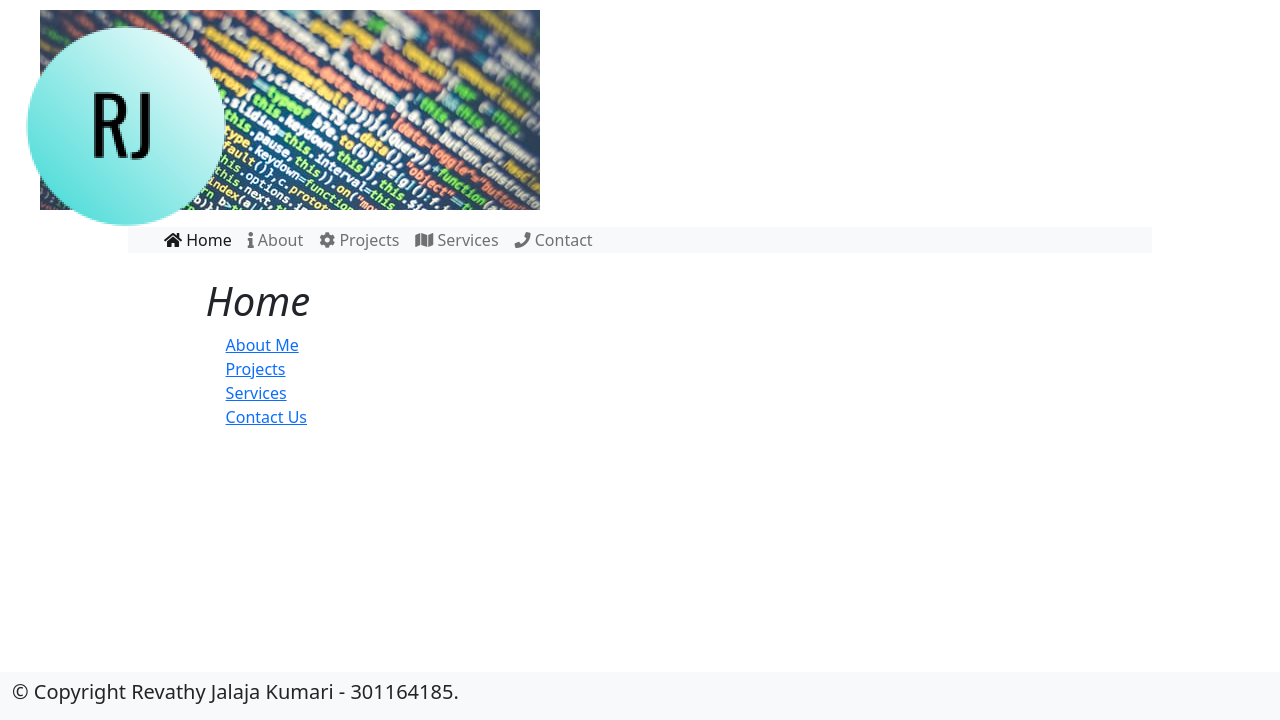
Repository: RevathyJK/Portfolio
Page: http://localhost/
These files come from the project's save history. The page is drawn as it stood at one moment and after the next save; the edit follows.
The browser window is 1280 px wide. The pictures show the whole page.
The page is served by the project's Node server (server.js). Other server files are loaded and not shown.

Above is the page before, as saved 2021-10-01 12:33:02.

### Server/Views/index.ejs
<!DOCTYPE html>
<html lang="en">
<head>
    <meta charset="UTF-8">
    <meta http-equiv="X-UA-Compatible" content="IE=edge">
    <meta name="viewport" content="width=device-width, initial-scale=1.0">
    <title><%= title %></title>
    <!-- CSS Section -->
    <link rel="stylesheet" href="./Content/app.css">
    <link rel="stylesheet" href="./bootstrap/dist/css/bootstrap.min.css">
    <link rel="stylesheet" href="./@fortawesome/fontawesome-free/css/all.min.css">
</head>
<body>
    <!-- Main Navigation Section -->
    <header>
      <%- include('components/header.ejs'); %>
    </header>


    <!-- Content Section -->
    <main>
      <div class="container">
        <%- include('content/' + page + '.ejs'); %>
      </div>
    </main>

    <footer>
    <%- include('components/footer.ejs'); %>
    </footer>

    <!-- JavaScript Section -->
    <script src="./jquery/dist/jquery.min.js"></script>
    <script src="./bootstrap/dist/js/bootstrap.min.js"></script>
    <script src="./@fortawesome/fontawesome-free/js/all.min.js"></script>

    <script src="./Scripts/app.js"></script>
</body>
</html>

### Server/Views/components/header.ejs

<table>
<tr>
  <td><img src="logo.png"></td>
  <td><div  class="header-img"></div></td>
</tr>
</table>


<div id="allPage">

<nav class="navbar navbar-expand-lg navbar-light bg-light">
  <div class="container-fluid">
    <a class="navbar-brand"></a>
    <button class="navbar-toggler" type="button" data-bs-toggle="collapse" data-bs-target="#navbarSupportedContent" aria-controls="navbarSupportedContent" aria-expanded="false" aria-label="Toggle navigation">
      <span class="navbar-toggler-icon"></span>
    </button>
    <div class="collapse navbar-collapse" id="navbarSupportedContent" >
      <ul class="navbar-nav ms-auto mb-2 mb-lg-0">
        <li class="nav-item">
          <a class="nav-link active" href="/home"><i class="fas fa-home"></i> Home</a>
        </li>
        <li class="nav-item">
          <a class="nav-link" href="/about"><i class="fas fa-info"></i> About</a>
        </li>
        <li class="nav-item">
          <a class="nav-link" href="/projects"><i class="fas fa-cog"></i> Projects</a>
        </li>
        <li class="nav-item">
          <a class="nav-link" href="/services"><i class="fas fa-map"></i> Services</a>
        </li>

        <li class="nav-item">
          <a class="nav-link" href="/contact"><i class="fas fa-phone"></i> Contact</a>
        </li>
      </ul>
    </div>
  </div>
</nav>
<br>

</div>

### Server/Views/content/home.ejs
<div id ="allPage">

<div class="container">
        <h1><em><%= title %></em></h1>

</div>

<div>
  <nav>
	  <ul>
		  <li><a href="about">About Me</a></li>
		  <li><a href="projects">Projects</a></li>
		  <li><a href="home">Services </a></li>
                <li><a href="contact">Contact Us</a></li>

  	</ul>
	</nav>
</div>

</div>

### Server/Views/components/footer.ejs
<div id ="allPage">
<nav class="navbar fixed-bottom navbar-light bg-light">
    <div class="container-fluid">
        <h5>&copy; Copyright Revathy Jalaja Kumari - 301164185.</h5>
    </div>
</nav>
</div>

### server.js
#!/usr/bin/env node
"use strict";
/**
 * Module dependencies.
 */
var __importDefault = (this && this.__importDefault) || function (mod) {
    return (mod && mod.__esModule) ? mod : { "default": mod };
};
Object.defineProperty(exports, "__esModule", { value: true });
const app_1 = __importDefault(require("./Server/Config/app"));
const debug_1 = __importDefault(require("debug"));
(0, debug_1.default)('comp229-f2021-lesson4:server');
const http_1 = __importDefault(require("http"));
/**
 * Get port from environment and store in Express.
 */
let port = normalizePort(process.env.PORT || '3000');
app_1.default.set('port', port);
/**
 * Create HTTP server.
 */
let server = http_1.default.createServer(app_1.default);
/**
 * Listen on provided port, on all network interfaces.
 */
server.listen(port);
server.on('error', onError);
server.on('listening', onListening);
/**
 * Normalize a port into a number, string, or false.
 */
function normalizePort(val) {
    let port = parseInt(val, 10);
    if (isNaN(port)) {
        // named pipe
        return val;
    }
    if (port >= 0) {
        // port number
        return port;
    }
    return false;
}
/**
 * Event listener for HTTP server "error" event.
 */
function onError(error) {
    if (error.syscall !== 'listen') {
        throw error;
    }
    let bind = typeof port === 'string'
        ? 'Pipe ' + port
        : 'Port ' + port;
    // handle specific listen errors with friendly messages
    switch (error.code) {
        case 'EACCES':
            console.error(bind + ' requires elevated privileges');
            process.exit(1);
            break;
        case 'EADDRINUSE':
            console.error(bind + ' is already in use');
            process.exit(1);
            break;
        default:
            throw error;
    }
}
/**
 * Event listener for HTTP server "listening" event.
 */
function onListening() {
    let addr = server.address();
    let bind = typeof addr === 'string'
        ? 'pipe ' + addr
        : 'port ' + addr.port;
    (0, debug_1.default)('Listening on ' + bind);
}
//# sourceMappingURL=server.js.map

### Server/Routes/index.js
"use strict";
var __importDefault = (this && this.__importDefault) || function (mod) {
    return (mod && mod.__esModule) ? mod : { "default": mod };
};
Object.defineProperty(exports, "__esModule", { value: true });
const express_1 = __importDefault(require("express"));
const router = express_1.default.Router();
exports.default = router;

/* GET home page. */
router.get('/', function (req, res, next) {
    res.render('index', { title: 'Home', page: 'home' });
});
/* GET home page. */
router.get('/home', function (req, res, next) {
    res.render('index', { title: 'Home', page: 'home' });
});
/* GET about page. */
router.get('/about', function (req, res, next) {
    res.render('index', { title: 'Revathy Jalaja Kumari', page: 'about' });
});
/* GET projects page. */
router.get('/projects', function (req, res, next) {
    res.render('index', { title: 'Projects', page: 'projects' });
});
/* GET services page. */
router.get('/services', function (req, res, next) {
    res.render('index', { title: 'Services', page: 'services' });
});
/* GET contact page. */
router.get('/contact', function (req, res, next) {
    res.render('index', { title: 'Contact Me', page: 'contact' });
});





//module.exports = router;
//# sourceMappingURL=index.js.map

### Client/Content/app.css
#allPage {
	width: 80%;
      margin: auto;
      max-width: 1200px;
      display: grid;
	/*grid-template-columns: 150px auto auto;
	grid-template-rows: auto auto auto ; */
}

nav ul {
    display: flex;
    flex-direction: column;
    flex-wrap: nowrap;
    color: #FFFFFF;
    position: absolute;
}

img {
    padding-left: 25px;
    padding-top: 25px;
}

.header-img {

    height: 200px;
    width:980px;
    background: url("banner.jpg");
   /* background-image: "banner.jpg";
    background-attachment: fixed;*/
    background-repeat: no-repeat;
    background-size: auto;

    position: absolute;
  left: 40px;
  top: 10px;
  z-index: -1;

  }

### Client/Scripts/app.js
"use strict";
/* custom js goes here */
// IIFE - Immediately Invoked Function Expression (AKA an anonymous self-executing function)
(function () {
    function Start() {
        console.log("App Started...");
    }
    window.addEventListener("load", Start);
})();
//# sourceMappingURL=app.js.map

After the next save:
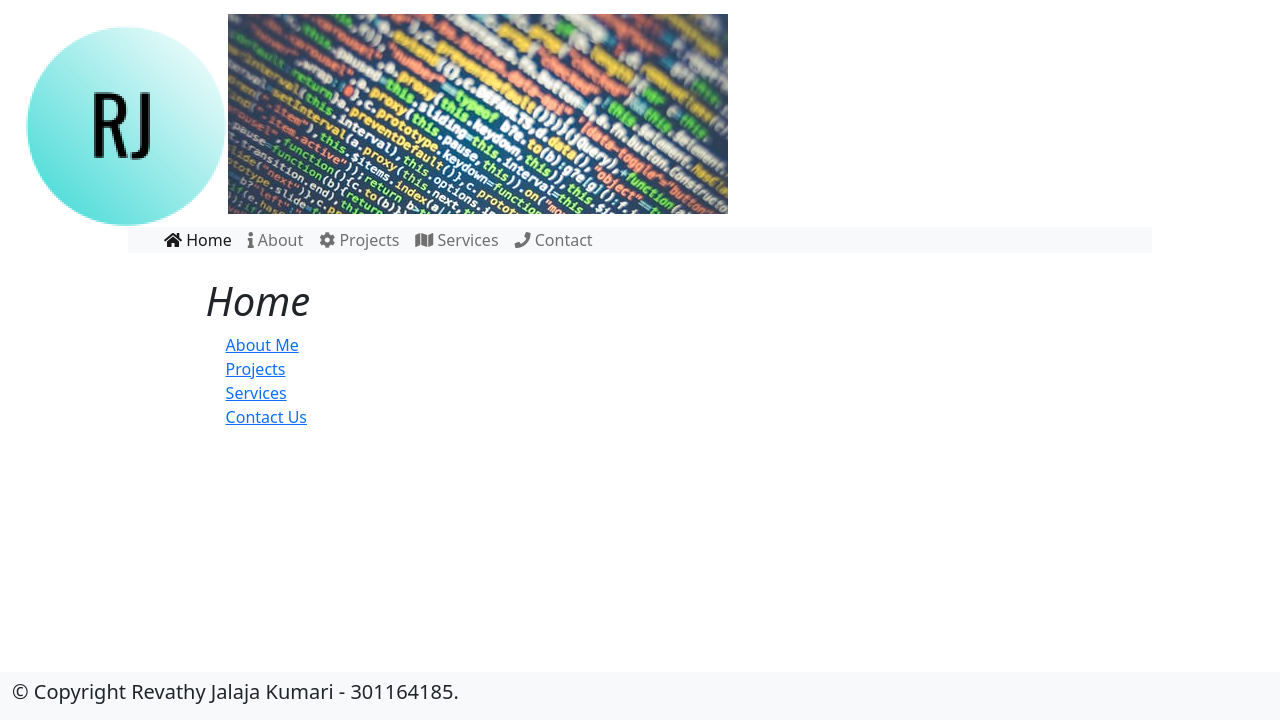
Saved 44 s later.
--- a/Client/Content/app.css
+++ b/Client/Content/app.css
@@ -20,6 +20,11 @@
     padding-top: 25px;
 }
 
+.under{
+
+
+}
+
 .header-img {
 
     height: 200px;
@@ -30,9 +35,6 @@
     background-repeat: no-repeat;
     background-size: auto;
 
-    position: absolute;
-  left: 40px;
-  top: 10px;
-  z-index: -1;
+
 
   }
